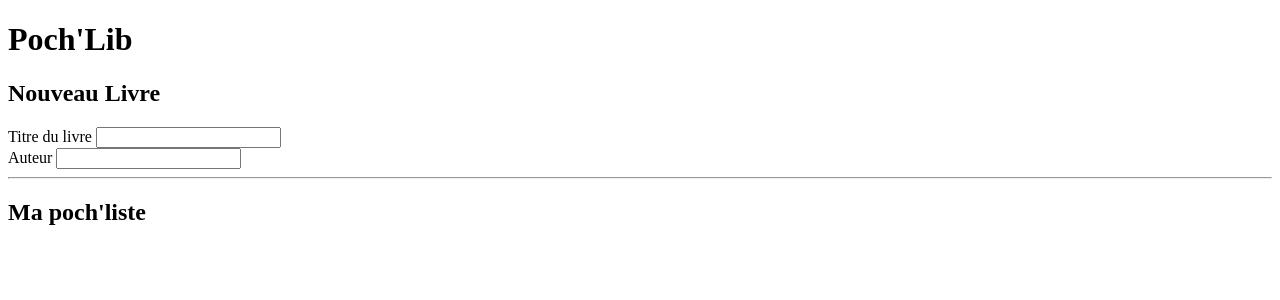
Repository: Cadigrace/pochlib
Page: index.html
The author's editor kept a copy of each file at every save. The page is drawn from the files as they stood at one save, then again after the next save.
The browser window is 1280 px wide. The pictures show the whole page.
After loading, the first visible `#addButton` was clicked once.

Above is the page before, as saved 2023-03-11 09:51:41.

### index.html
<!DOCTYPE html>
<html lang="fr">
	<head>
		<title>Poch'Lib</title>
		<meta charset="utf-8" />
		<meta name="viewport" content="width=device-width, initial-scale=1">
  	</head>
  	<body>
		<div id="myBooks">
			<h1 class="title">Poch'Lib</h1>
			<h2 class="h2">Nouveau Livre</h2>
			<hr>
			<div id="content">
				<h2>Ma poch'liste</h2>
			</div>
		</div>
  	</body>

		<script src="./js/jquery-3.6.4.min.js"></script>
		<script src="./js/application.js" ></script>
</html>

### js/application.js

function createAddButton() {
  var addButton = $('<button id="addButton" type="button">Ajouter un nouveau livre</button>');
  $('.h2').after(addButton);
  addButton.click(function() {
    showSearchForm();
  })
}

function showSearchForm() {
  $('#addButton').hide();
  var form = $('\
    <div> \
      <label for="title">Titre du livre</label> \
      <input type="text" name="title"> \
    </div> \
    <div> \
      <label for="author">Auteur</label> \
      <input type="text" name="author"> \
    </div> \
  ')
  $('.h2').after(form);
}

$(function() {

  // Creer le bouton Ajout
  createAddButton();

});

Loaded but not shown: js/jquery-3.6.4.min.js (library)

After the next save:
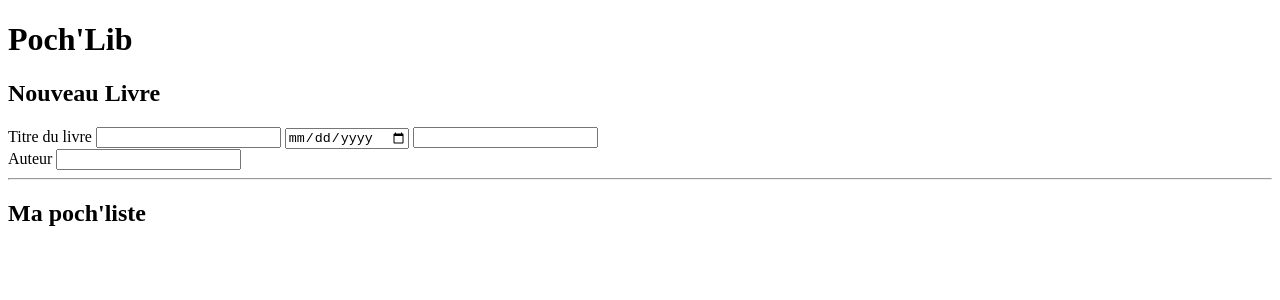
Saved 2 min 6 s later.
--- a/js/application.js
+++ b/js/application.js
@@ -9,16 +9,20 @@
 
 function showSearchForm() {
   $('#addButton').hide();
+
   var form = $('\
     <div> \
       <label for="title">Titre du livre</label> \
       <input type="text" name="title"> \
+      <input type="date" name="date"> \
+      <input type="number" name="number"> \
     </div> \
     <div> \
       <label for="author">Auteur</label> \
       <input type="text" name="author"> \
     </div> \
   ')
+
   $('.h2').after(form);
 }
 

After the save that followed:
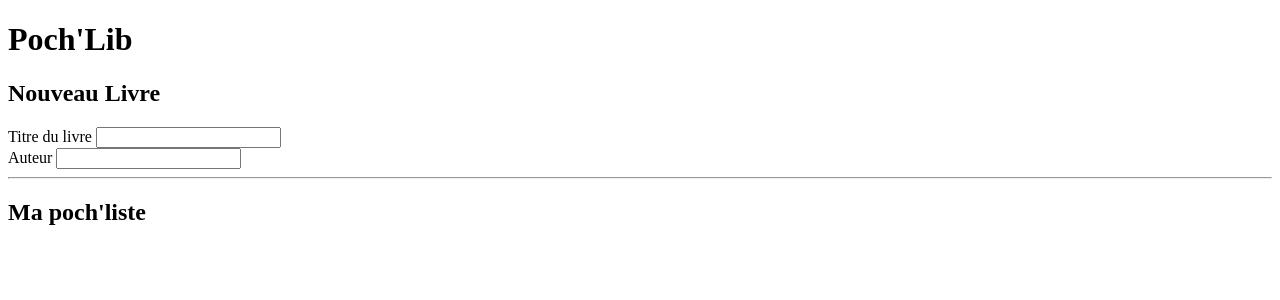
Saved 21 s later.
--- a/js/application.js
+++ b/js/application.js
@@ -14,8 +14,6 @@
     <div> \
       <label for="title">Titre du livre</label> \
       <input type="text" name="title"> \
-      <input type="date" name="date"> \
-      <input type="number" name="number"> \
     </div> \
     <div> \
       <label for="author">Auteur</label> \
